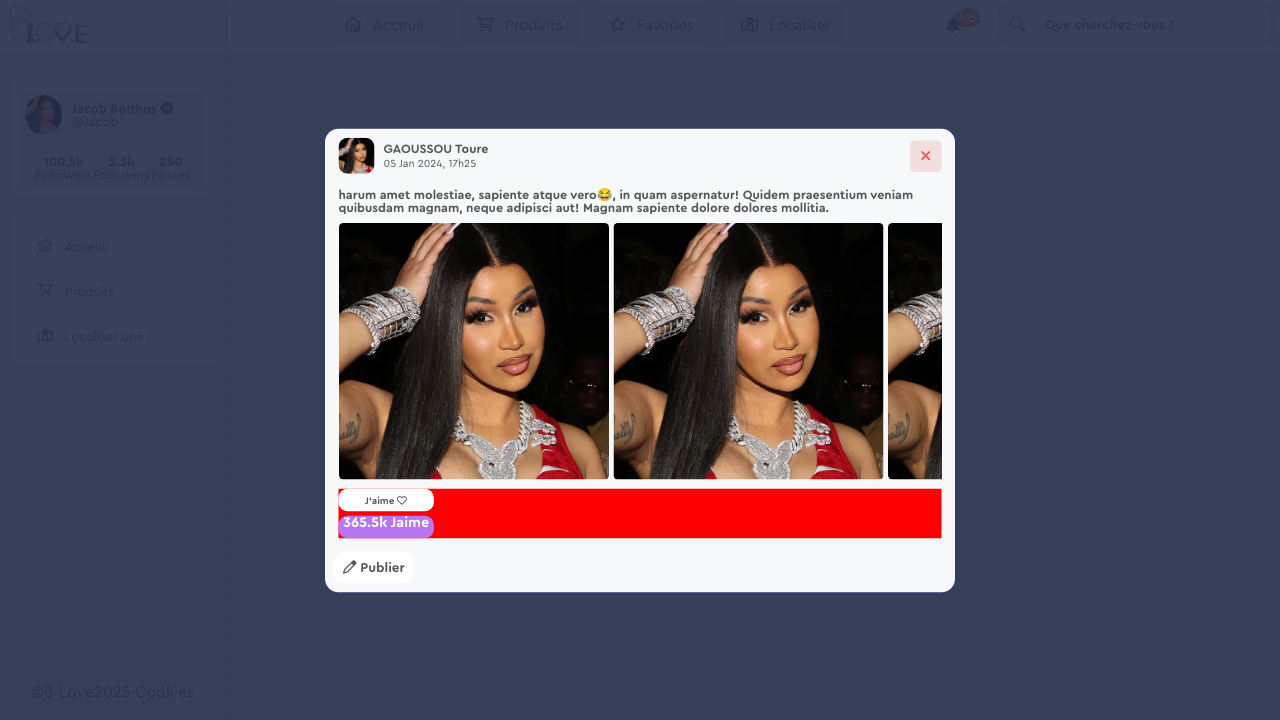
Repository: moomoony-log/b-love
Page: /home
An editor plug-in stored every save of this project. The page is shown before and after the next save, followed by the edit.
The browser window is 1280 px wide. The pictures show the whole page.
The project was rebuilt for these pictures with package versions that can differ from the ones it lists, and the page was loaded fresh each time. Also part of the build but not shown: vite.config.ts, src/rules/legacy.tsx, src/rules/privacy.tsx, src/components/basic/notification.tsx, src/view/auth.tsx, src/view/main/acceuil.tsx, src/view/main/dashbord.tsx, src/view/main/info-account.tsx and 3 more.

Above is the page before, as saved 2025-10-15 15:33:19.

### index.html
<!--
        ?????????         ?????????        ???????????????????
        ????? ?????     ????? ?????      ??????????   ??????????
        ?????  ?????   ?????  ?????    ????????         ????????
        ?????   ????? ?????   ?????    ??????            ????????
        ?????    ?????????    ?????    ??????            ????????
        ?????      ?????      ?????    ???????          ????????
        ?????                 ?????     ?????????      ????????
        ?????                 ?????        ???????????????????
        ?????                 ?????         ????????????????

    TRAVAIL JUSQU'A CE QU'ON DISE QUE TU ES FRANC-MAÇON
    TRAVAIL JUSQU'A CE QU'ON DISE QUE TU ES FRANC-MAÇON
    TRAVAIL JUSQU'A CE QU'ON DISE QUE TU ES FRANC-MAÇON
-->
<!doctype html>
<html lang="en">
  <head>
    <meta charset="UTF-8">
    <meta name="viewport" content="width=device-width, initial-scale=1.0">
    <meta http-equiv="X-UA-Compatible" content="IE=edge">
    <!-- Inbuilt -->
    <link rel="shortcut icon" href="./img/logoloveb.png" type="image/x-icon">
    <!-- <link rel="stylesheet" href="./vendor/font-awesome-pro/css/all.css">  -->
    <!-- <link rel="stylesheet" href="./css/app.css">  -->
    <title>B!love</title>
  </head>
  <body id="index">
    <div id="main-container"></div>
    <script type="module" src="/src/main.tsx"></script>
  </body>
</html>

### src/main.tsx
import { StrictMode } from 'react'
import { createRoot } from 'react-dom/client'
import App from './app'

createRoot(document.getElementById('main-container')!).render(
  <StrictMode>
    <App />
  </StrictMode>
)

### src/app.tsx

import { createBrowserRouter, RouterProvider } from "react-router-dom";
import Legacy from "./rules/legacy";
import Privacy from "./rules/privacy";
import Main from "./view/main/main";
import Auth from "./view/auth";
import Acceuil from "./view/main/acceuil";
import Dashbord from "./view/main/dashbord";
import "../public/css/app.css"
import "../public/vendor/font-awesome-pro/css/all.css"
import InfoAccount from "./view/main/info-account";
import Account from "./view/main/account";
import BecomeToMember from "./view/main/becomeToMember";
import Product from "./view/main/product";

// import Auth from "./view/auth";

const router =  createBrowserRouter([
	{
		path:'/',
		element:<Auth/>
	},
	{
		path:'/legacy',
		element:<Legacy/>
	},
	{
		path:'/privacy',
		element:<Privacy/>
	},
	{
		path:'/home',
		element:<Main/>,
		children:[
			{
				path:'acceuil',
				element: <Acceuil/>
			},
			{
				path:'dashbord',
				element: <Dashbord/>,
			},
			{
				path: 'product',
				element: <Product/>
			},
			{
				path:'check',
				element: <div>Localisation</div>
			},
			{
				path:'client',
				element: <InfoAccount/>,
				children: [
					{
						path:'compte',
						element: <Account/>
					},
					{
						path:'devenir_membre',
						element: <BecomeToMember/>
					},

				]
			}

		]
	}
])

// --> POINT D'ENTREE DANS L'APP(INDEX --> AUTH)
function App() {
	return <RouterProvider router={router}/>
}

export default App

### src/components/basic/button.tsx
// --> BUTTON COMPONENTS

import { forwardRef } from "react"
import { NavLink, useLocation } from "react-router-dom";

interface buttonProps {
    type: 'submit' | 'button',
    name?: string,
    icon?:string,
    color?: string,
    outline?: string,
    small?: 'small' | 'small-1' | 'small-2' | 'small-3',
    navigate?: string,
    children: boolean,
    border?: boolean,
    to: string | false,
    inner?:string,
    disable?:boolean,
    onclick?: () => unknown
}

const Button = forwardRef<HTMLButtonElement, buttonProps>(
  ({ name, icon, color, outline, small, navigate, inner, disable, children,border, to, onclick }, ref) => {
    const location = useLocation()
    return (
      <button
        ref={ref}
        type="button"
        className="ui-btn"
        name={name}
        color={color}
        {...(outline ? { "data-outline": "" } : {})}
        {...(disable ? { disabled: true } : {})}
        {...(navigate ? { "data-navigate": "" } : {})}
        {...(inner ? { "data-inner": "" } : {})}
        {...(small ? { "data-size" : small} : {})}
        {...(border ? { "data-border": "" } : {})}
        {...(to && location.pathname === to ? { "data-active": "" } : {})}
        onClick={onclick}
      >
        { (!children && !to ) && name } { icon && (!children && !to ) && <i className={icon}></i> }

        { (children && to) && <NavLink to={to}>  <i className={icon}></i>  {name} </NavLink> }

      </button>
    );
  }
);

export default Button

### src/components/basic/modals/pubItem.tsx
// --> Item Publication Modal

import Button from "../button"

const ItemPub = () => {
    return(
        <>
        <div className="modal" data-name="pub-item" data-show>
                <div className="box">
                    <div className="modal-head">
                        <div className="title">
                            <div className="cont-account-img" data-name="pub-item"><img src="../img/cardi_b.webp"/></div>
                            <div className="identity">
                                <span>GAOUSSOU Toure</span>
                                <span>05 Jan 2024, 17h25</span>
                            </div>
                         </div>
                        <span className="exit"><i className="fa-solid fa-xmark"></i></span>
                    </div>
                    <div className="body">
                        <div className="about-pub" data-data>
                            harum amet molestiae, sapiente atque vero😂, in quam aspernatur! Quidem praesentium veniam quibusdam magnam, neque adipisci aut! Magnam sapiente dolore dolores mollitia.
                        </div>
                        <div className="medias-cont">
                            <div className="cont-account-img" data-name="pub-item-img"><img src="../img/cardi_b.webp"/></div>
                            <div className="cont-account-img" data-name="pub-item-img"><img src="../img/cardi_b.webp"/></div>
                            <div className="cont-account-img" data-name="pub-item-img"><img src="../img/cardi_b.webp"/></div>
                            <div className="cont-account-img" data-name="pub-item-img"><img src="../img/cardi_b.webp"/></div>
                            <div className="cont-account-img" data-name="pub-item-img"><img src="../img/cardi_b.webp"/></div>
                            <div className="cont-account-img" data-name="pub-item-img"><video src="../videos/Standard_Mode_Le_b_b__sirote_son_champagne_en_.mp4" ></video></div>
                            <div className="cont-account-img" data-name="pub-item-img"><video src="../videos/Standard_Mode_Le_b_b__sirote_son_champagne_en_.mp4" ></video></div>
                        </div>
                        <div className="pub-info">
                            <div className="one">
                                <Button children={false} outline="" icon="fa-regular fa-heart" to={false} type="button" name="J'aime" small="small-3"  />
                                <span className="like">365.5k Jaime</span>
                            </div>

                        </div>

                    </div>
                    <div className="controler">
                        <button type="button" className="ui-btn" name=""  data-size="large"  color=""> <i className="fa-regular fa-pen"></i> Publier</button>
                    </div>
                </div>
            </div>
        </>
    )
}

export default ItemPub

### public/css/config/config.css
/* Style global de configuration */

/* Police d'ecriture */
/* Cera */
@font-face{
    font-family: 'Cera';
    src: url('../../font/cera-round-pro/CeraRoundPro-Bold.otf');
    font-weight: bold;
}
@font-face {
    font-family: 'Cera';
    src: url('../../font/cera-round-pro/CeraRoundPro-Regular.otf');
    font-weight: normal;
}

/* body{
    display: flex !important;
    padding: 5px;
    height: 100%;
    width: 100%;
    position: absolute;
    top: 0;
    left: 0;
    overflow: hidden;
} */
body *{
    box-sizing: border-box;
    font-family: 'Cera', sans-serif;
    font-weight: bold;
}

button:focus, input:focus, textarea:focus, select:focus {
    outline: none;
}

button {
    cursor: pointer;
    border: none;
}

h1, h2, h3, h4, h5, p {
    color: inherit;
    margin: 0;
    padding: 0;
    text-decoration: inherit;
}

img{
    height: inherit;
    max-width: 100%;
}

### public/css/component/components.css
 /* Imporation des dependances */
 @import url('input.css');
 @import url('button.css');
 @import url('img.css');
 @import url('notification.css');
 @import url('loader.css');
 @import url('table.css');
 @import url('./modals/modal.css');

 @keyframes text{
    0%{
        transform: translateX(100%);
    }
    100%{
        transform: translateX(-100%);
    }
 }

### public/css/views.css
/* --> Css relative à toutes les vues communes  */
@import url('views/auth.css');
@import url('views/legacy.css');
@import url('views/privacy.css');

### public/css/animation.css
@keyframes reotateInner {
    from {
       transform: rotate(0);
    }
    to{
       transform: rotate(180deg);
    }
 }
 @keyframes Online {
    0%, 100% {
       transform: scale(1.5);
       opacity: 1;

    }
    50% {
       transform: scale(0.5);
       /* opacity: 0.5; */
    }
 }
  @keyframes Online2 {
    0%, 100% {
       opacity: 1;

    }
    50% {
       opacity: 0.5;
    }
 }
 @keyframes spin {
   0%{
      transform: rotate(0deg);
   }
   100%{
      transform: rotate(360deg);
   }

 }
  @keyframes opa {
   0%{
      opacity: .4;
   }
   100%{
      opacity: 1;
   }

 }

### public/css/utils/utils.css
@import url('variable.css');
@import url('helper.css');

### public/css/utils/variable.css
/* Variables */
:root{
    --color-white: #ffffff;
    --color-gray-soft: #F6F8FA;
    --color-gray-medium: #b0b0b0;
    --color-gray-hard: #595959;
    --color-gray-hard-1: #7f7f7f;
    /* --color-gray-hard-3: #d4d2d246; */
    --color-gray-hard-3: #f2f2f2e7;
    --color-gray-hard-5: #f2f2f2;
    --color-gray-hard-4: #5959592f;
    --color-blue-lite: #dbf5ff;
    --color-blue-soft: #00B0F0;
    --color-blue-soft-2: #9ab9dc;
    --color-blue-hard: #2A6EBB;
    --color-green-lite: #aefecf;
    --color-green-lite-2: #80d6a4;
    --color-green-hard: #41cf7c;
    --color-red-lite: #ffcdcd;
    --color-red-soft: #f58e8e;
    --color-red-hard: #f25353;
    --shadow-one: 0 0 5px #eee;
    --shadow-two: 0 0 5px #84b1c3;
    --shadow-3: 0 0 4px #bababa;
    --bezier-1: cubic-bezier(0.68, -0.55, 0.27, 1.55);
}

### public/css/utils/helper.css
/* cool-scroll-bar */
.cool-scroll-bar::-webkit-scrollbar{
    width: 3px;
    height: 3px;
    border-radius: 50px !important;
    background-color: var(--color-gray-soft);
    box-shadow: 0 0 5px var(--color-gray-soft);
}
.cool-scroll-bar::-webkit-scrollbar-thumb{
    background-color: var(--color-gray-medium);
    border-radius: 50px !important;
}

### public/css/views/legacy.css
.legacy {
    z-index: 10;
    height: 100%;
    padding: 20px;
    overflow: auto;
}
.legacy p{
    font-size: 40px;
}

### public/css/views/privacy.css
.privacy {
    z-index: 10;
    height: 100%;
    padding: 20px;
    overflow: auto;
}
.privacy p{
    font-size: 40px;
}

### public/css/component/notification.css
/* CSS DES GRILLES DE NOTIFICATIONS */
#notification{
    position: absolute;
    right: 0;
    z-index: 900;
    width: 350px;
    bottom: 0;
    padding: 5px;
    display: flex;
    justify-content: flex-end;
    align-items: center;
    flex-direction: column;
    gap: 10px;
}

#notification .notif-item{
    width: 320px;
    max-height: 60px;
    box-sizing: border-box;
    background-color: var(--color-white);
    display: none;
    align-items: center;
    overflow: hidden;
    gap: 5px;
    padding: 10px;
    border-radius: 10px;
    opacity: 0;
    transform: scale(0);
    box-shadow: 0 0 7px -2px var(--color-gray-hard-1);
    transition: transform .3s cubic-bezier(0.68, -0.55, 0.27, 1.55), opacity .2s ease-in-out, max-height .3s ease-in-out;
}
#notification .notif-item .notif-text-content{
    margin-right: auto;
}

#notification .notif-item[data-show]{
    opacity: 1;
    transform: scale(1);
    display: flex;
}

#notification .notif-item .icon{
    height: 35px;
    width: 35px;
    line-height: 35px;
    text-align: center;
    font-size: 15px;
    border-radius: 50%;
    position: relative;
    z-index: 2;
    color: var(--color-white);
}

#notification .notif-item .icon::before{
    position: absolute;
    text-align: center;
    left: 0;
    font-size: 35px;
    content: '\f335';
    font-family: 'Font Awesome 6 Pro';
    z-index: -1;
}

#notification .notif-item .exit{
    text-align: center;
    margin-left: 5px;
    border-radius: 50%;
    cursor: pointer;
    color: #cccccc;
}

#notification .notif-item[data-name="exit"] {
    border-left: 5px solid var(--color-red-soft);
}
#notification .notif-item[data-name="exit"] .exit{
    color: var(--color-red-soft);
}
#notification .notif-item[data-name="good"] .exit{
    color: var(--color-green-lite-2);
}
#notification .notif-item[data-name="exit"]:hover{
    box-shadow: 0 0 7px -2px var(--color-red-hard);
}
#notification .notif-item[data-name="good"]:hover{
    box-shadow: 0 0 7px -2px var(--color-green-hard);
}
#notification .notif-item[data-name="await"]:hover{
    box-shadow: 0 0 7px -2px var(--color-gray-hard);
}
.notif-item[data-name="exit"] .icon::before{
    color: var(--color-red-soft);
}
#notification .notif-item[data-name="await"]{
    border-left: 5px solid #cccccc;
}
.notif-item[data-name="good"] .icon::before{
    color: var(--color-green-lite-2);
}
.notif-item[data-name="await"] .icon::before{
    color: #cccccc;
}
#notification .notif-item[data-name="good"]{
    border-left: 5px solid var(--color-green-lite-2);
}
#notification .notif-item .title{
    text-wrap: nowrap;
    color: var(--color-gray-hard-1);
    font-size: 13px;
}
#notification .notif-item .text{
    font-size: 12px;
    display: flex;
    overflow: hidden;
    max-width: 240px;
    text-overflow: ellipsis;
    font-weight: lighter;
}

/* RESPONSIVE STATE */
@media (max-width: 344px) {
    #notification{
        width: 300px;
    }
    #notification .notif-item{
        width: 290px;
        max-height: 80px;
    }
    #notification .notif-item .icon::before{
        left: -2px;
    }
}

### public/css/component/loader.css

/* CSS DU COMPOSANT DE CHRAGEMENT */
#loader{
    position: absolute;
    display: flex;
    flex-direction: column;
    width: 100%;
    gap: 10px;
    height: 100%;background-color: rgba(255, 255, 255, 0.744);
    justify-content: center;
    align-items: center;
    z-index: 1000;
}

#loader .spinner{
    height: 60px;
    width: 60px;
    display: flex;
    justify-content: center;
    align-items: center;
    position: relative;
    animation: spin 2s linear infinite;
}
#loader .spinner::before{
    content: '';
    height: 100%;
    width: 100%;
    position: absolute;
    border-radius: 50%;
    border: solid 4px var(--color-gray-hard-3);
}
#loader .spinner::after{
    content: '';
    height: 100%;
    width: 100%;
    position: absolute;
    border-radius: 50%;
    border: solid 4px transparent;
    border-left-color:var(--color-gray-hard-1);
    animation: spin 0.8s linear infinite, opa 0.8s ease-in-out infinite alternate-reverse;
}
#loader img{
    width: 95px;
    height: 50px;
}
#loader i{
    font-size: 20px;
}
#loader .i{
   background-color: var(--color-gray-hard-);
   padding: 7px;
   display: flex;
   align-items: center;
   justify-content: center;
   border-radius: 5px;
}

### public/css/component/table.css
.infos-personnels[data-name="statut"] .availability table{
    border-collapse: collapse;
    width: 100%;
    background-color: var(--color-white);
    text-align: center;
    font-size: 13px;
}
.availability table th,
.availability table td{
    height: 40px;
    padding: 3px;
}
.availability table td:last-child{
    text-align: right;
}
.availability table tbody tr:hover{
    background-color: var(--color-gray-hard-3);
}

.cont-my-post table{
    width: 100%;
    border-spacing: 0 5px;
    background-color: var(--color-white);
    text-align: center;
    padding: 5px;
    border-radius: 5px;
}
.cont-my-post table tbody td:last-child button{
    background-color: white;
    margin-left: 5px;
}
.cont-my-post table tbody tr:hover td{
    background-color: var(--color-white);
}
.cont-my-post table tbody tr:hover td:last-child button{
    background-color: var(--color-gray-hard-3);
}

.cont-my-post table tbody td{
    padding: 5px;
    background-color: var(--color-gray-hard-3);
    font-weight: lighter;
    margin: 10px;
}
.cont-my-post table tbody td:last-child{
    text-align: right;
}


@media (max-width: 855px) {
    .cont-my-post table{
        font-size: 12px;
    }
    .cont-my-post table tbody td:last-child{
        display: flex;
        flex-direction: column;
        margin: 0;
        gap: 5px;
    }
}

@media (max-width: 355px) {
    .cont-my-post table tbody td:last-child{
        font-size: 11px;
    }
}

### public/css/component/modals/modal.css
/* @import url('./modals/registration.css'); */
@import url('./publication.css');
@import url('./pubItem.css');
@import url('./confirm.css');

#modals .modal{
    position: fixed;
    display: none;
    align-items: center;
    left: 0;
    top: 0;
    justify-content: center;
    height: 100%;
    width: 100%;
    background-color: #262f4ae8;
    z-index: 1000;
    transition: opacity .6s ease-in-out;
    animation: show-modal .5s ease-in-out;
 }
.modal .box{
    background-color:var(--color-gray-soft);
    min-width: 300px;
    max-width: 1300px;
    min-height: 270px;
    box-shadow: 0 0 5px 0px #263b80;
    padding: 10px;
    border-radius: 15px;
    opacity: 1;
    transform: scale(.9);
    flex-direction: column;
    gap: 10px;
    animation: show-box .6s ease-in-out forwards;
}

.modal:active .box{
    animation: show-box .6s ease-in-out forwards, show-cont .1s ease-in-out;
}
 /* Animation > Affichage > Masquage */
.modal[data-show]{
   display: flex !important;
}
.modal[data-show] .box{
   display: flex !important;
}
.modal[hide]{
   opacity: 0;
}
.modal[hide] .box{
    animation: hide-box .5s ease-in-out forwards;
}
.modal .box .modal-head{
   height: 40px;
   display: flex;
   padding: 0 5px;
   justify-content: space-between;
   align-items: center;
}
.box .modal-head .title i{
   height: 25px;
   width: 25px;
   line-height: 25px;
   text-align: center;
   border-radius: 5px;
   color: var(--color-white);
   background-color: var(--color-gray-hard-1);
}
.box .modal-head .exit i{
   color: var(--color-red-hard);
   cursor: pointer;
   height: 35px;
   width: 35px;
   line-height: 35px;
   text-align: center;
   background-color: rgb(242, 222, 222);
   border-radius: 5px;
}
.modal .box .body{
   min-height: 200px;
   border-radius: 10px;
   padding: 5px;
}
.modal .box .controler{
   width: 100%;
   display: flex;
   gap: 30px;
 }

### public/css/component/modals/pubItem.css

.modal[data-name="pub-item"] .box{
    max-width: 700px;
}
.modal[data-name="pub-item"] .title{
    display: flex;
    gap: 10px;
    align-items: center;
}
.modal[data-name="pub-item"] .body .medias-cont{
    display: flex;
    overflow-y: hidden;
    overflow-x: auto;
    gap: 5px;
    height: 285px;
}
.modal[data-name="pub-item"] .body{
    display: flex;
    flex-direction: column;
    gap: 10px;
}
.modal[data-name="pub-item"] .body .about-pub{
    width: 100%;
    max-height: 100px;
    font-size: 14px;
    overflow: hidden;
    display: -webkit-box;
    -webkit-line-clamp: 3;
    -webkit-box-orient: vertical;
    line-clamp: 3;
}
.modal[data-name="pub-item"] .body .about-pub[data-data]{
    -webkit-line-clamp: initial;
    -webkit-box-orient: initial;
    line-clamp: initial;

}
.modal[data-name="pub-item"] .body .pub-info{
    display: flex;
    background-color: red;
}
.body .pub-info .one{
    display: flex;
    gap: 5px;
    flex-direction: column;
}
.body .pub-info .one .like{
    background-color: rgb(182, 118, 241);
    color: white;
    height: 25px;
    border-radius: 10px;
    padding: 0 5px;
}
.modal[data-name="pub-item"] .title .identity{
    display: flex;
    gap: 3px;
    flex-direction: column;
}
.modal[data-name="pub-item"] .title .identity span{
    font-size: 14px;
}
.modal[data-name="pub-item"] .title .identity span:last-child{
    font-weight: lighter;
    font-size: 12px;
}

### public/css/component/modals/confirm.css
.modal[data-name="confirm"] .box .body{
   display: flex;
   background-color: var(--color-white);
   display: flex;
   flex-direction: column;
   justify-content: center;
   align-items: center;
   position: relative;
}
.modal[data-name="confirm"] .box .body::after{
    content: '';
    height: 100%;
    width: 100%;
    border-radius: 10px;
    position: absolute;
    animation: Online2 1s ease-in-out infinite;
}
.modal[data-name="confirm"] .box .body .icon{
    height: 75px;
    width: 75px;
    font-size: 50px;
    line-height: 75px;
    text-align: center;
    border-radius: 10px;
    margin-bottom: 5px;
}
.modal[data-name="confirm"] .box .body .title{
    font-size: 20px;
    margin-bottom: 20px;
}
.modal[data-name="confirm"] .box .body .confirm-text{
    font-weight: lighter;
}

.modal[data-name="confirm"] .box .body[type="exit"]::after{
    background-color: rgba(255, 17, 17, 0.066);
}
.modal[data-name="confirm"] .box .body[type="exit"] .icon{
    box-shadow: 0 0 7px -4px var(--color-red-hard);
    background-color: var(--color-red-lite);
    color: var(--color-red-soft);
}
.modal[data-name="confirm"] .box .body[type="exit"] .title{
    color: var(--color-red-soft);
}

.modal[data-name="confirm"] .box .body[type="good"]::after{
    background-color: rgba(17, 184, 255, 0.077);
}
.modal[data-name="confirm"] .box .body[type="good"] .icon{
    box-shadow: 0 0 7px -4px var(--color-blue-hard);
    background-color: var(--color-blue-lite);
    color: var(--color-blue-soft);
}
.modal[data-name="confirm"] .box .body[type="good"] .title{
    color: var(--color-blue-soft);
}

### src/utils/utils.ts
class Utils {

    static emailValidation(email: string) : boolean {
        const emailRegex :RegExp = /^[^\s@]+@[^\s@]+\.[^\s@]+$/
        return emailRegex.test(email)
    }

    static inputValue(value: string, minLenght: number) : boolean {
        const inputRegex :RegExp = /^[A-Za-zÀ-ÖØ-öø-ÿ\s]+$/

        if (value.length > minLenght && inputRegex.test(value)) return inputRegex.test(value)
        else return false
    }

    static passwordValidation = (value: string):boolean => {
        const passwordRegex: RegExp = /^(?=.*?[A-Z])(?=.*?[a-z])(?=.*?[0-9])(?=.*?[#?!@$%^&*-]).{8,}$/g
        if (passwordRegex.test(value)) return true
        else return false
    }

    static otpValidation = (value: string):boolean => {
        const otpRegex : RegExp = /^[0-9]+$/gm
        if(otpRegex.test(value) && value.length === 1) return true
        else return false
    }

}

export default Utils

Loaded but not shown: public/vendor/font-awesome-pro/css/all.css (library); public/css/app.css (2376 lines, source omitted); src/view/main/main.tsx (184 lines, source omitted); src/components/basic/input.tsx (178 lines, source omitted); public/css/views/auth.css (265 lines, source omitted); public/css/component/input.css (227 lines, source omitted); public/css/component/button.css (206 lines, source omitted); public/css/component/modals/publication.css (141 lines, source omitted); public/css/component/img.css (169 lines, source omitted)

After the next save:
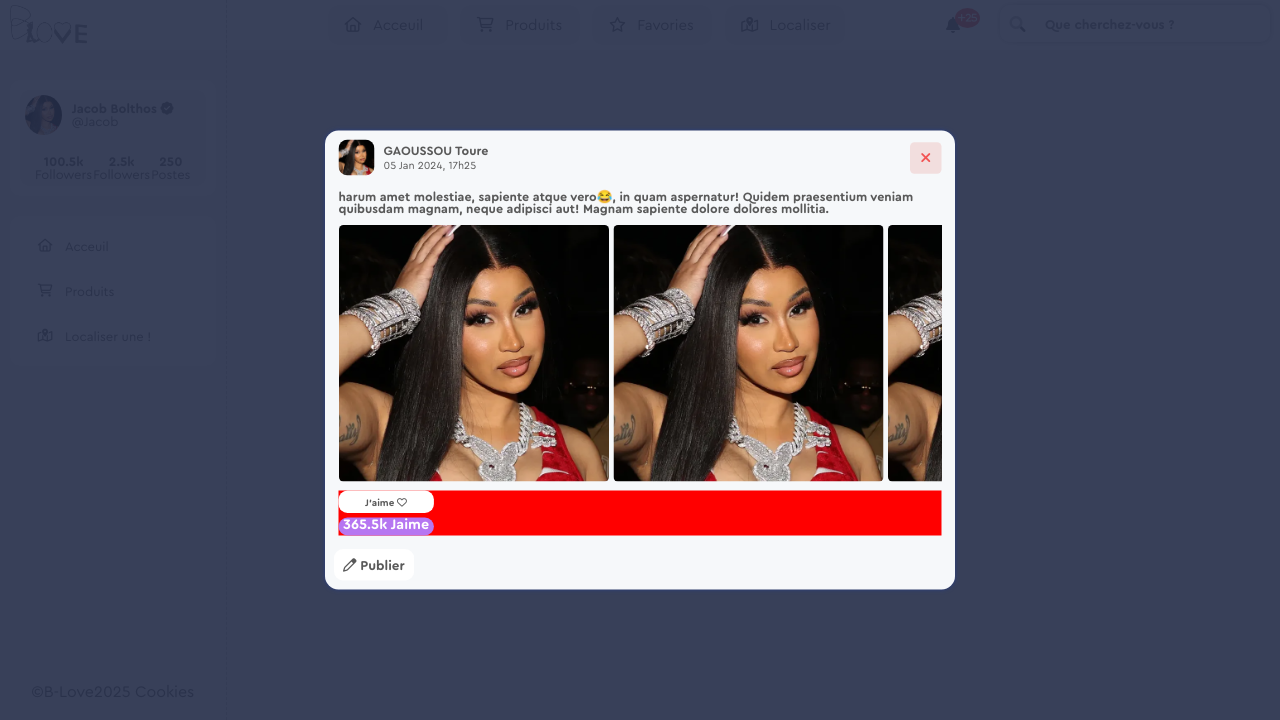
Saved 9 s later.
--- a/public/css/component/modals/pubItem.css
+++ b/public/css/component/modals/pubItem.css
@@ -47,7 +47,7 @@
 .body .pub-info .one .like{
     background-color: rgb(182, 118, 241);
     color: white;
-    height: 25px;
+    height: 20px;
     border-radius: 10px;
     padding: 0 5px;
 }
